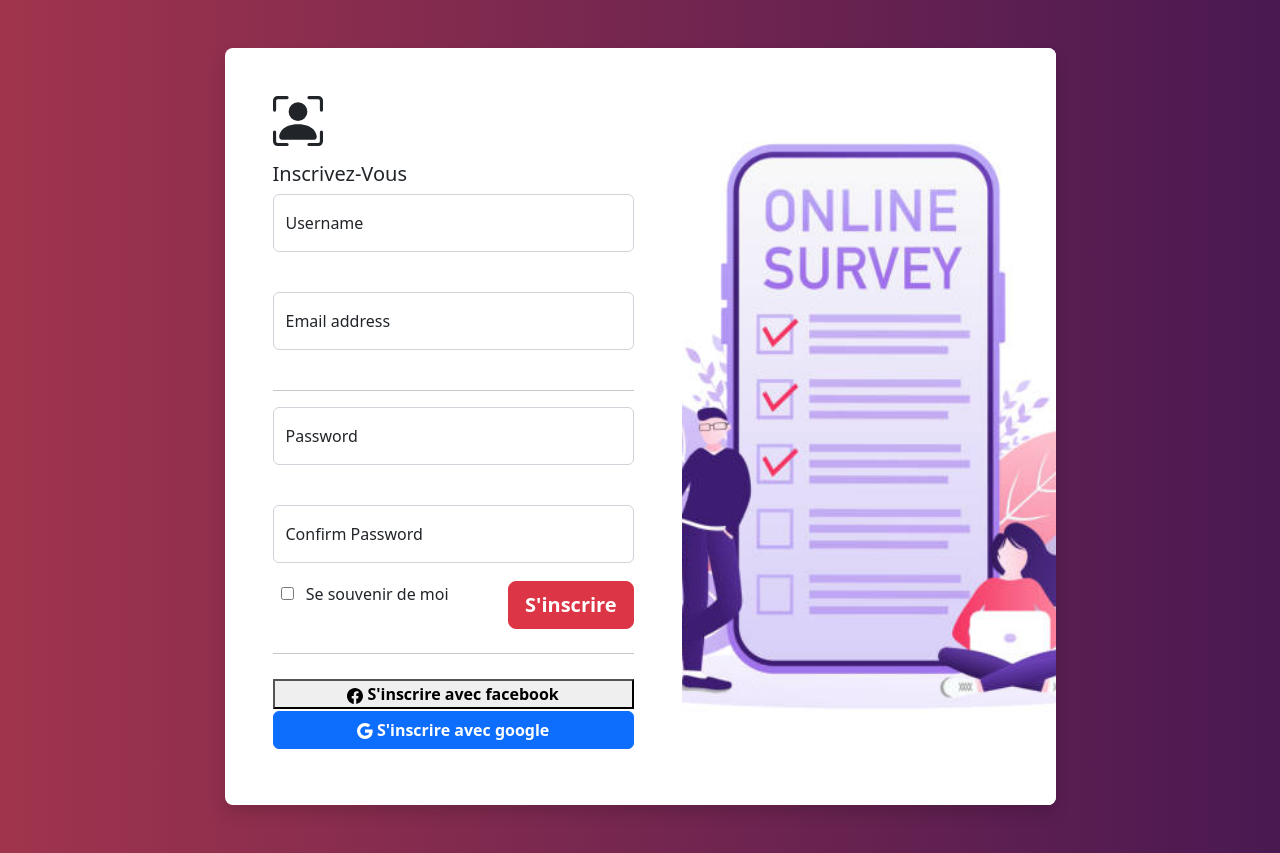
Repository: Djiamil/testsMoustaphaDER
Page: index.html
An editor plug-in stored every save of this project. The page is shown before and after the next save, followed by the edit.
The browser window is 1280 px wide. The pictures show the whole page.

Above is the page before, as saved 2022-12-09 00:48:12.

After the next save:
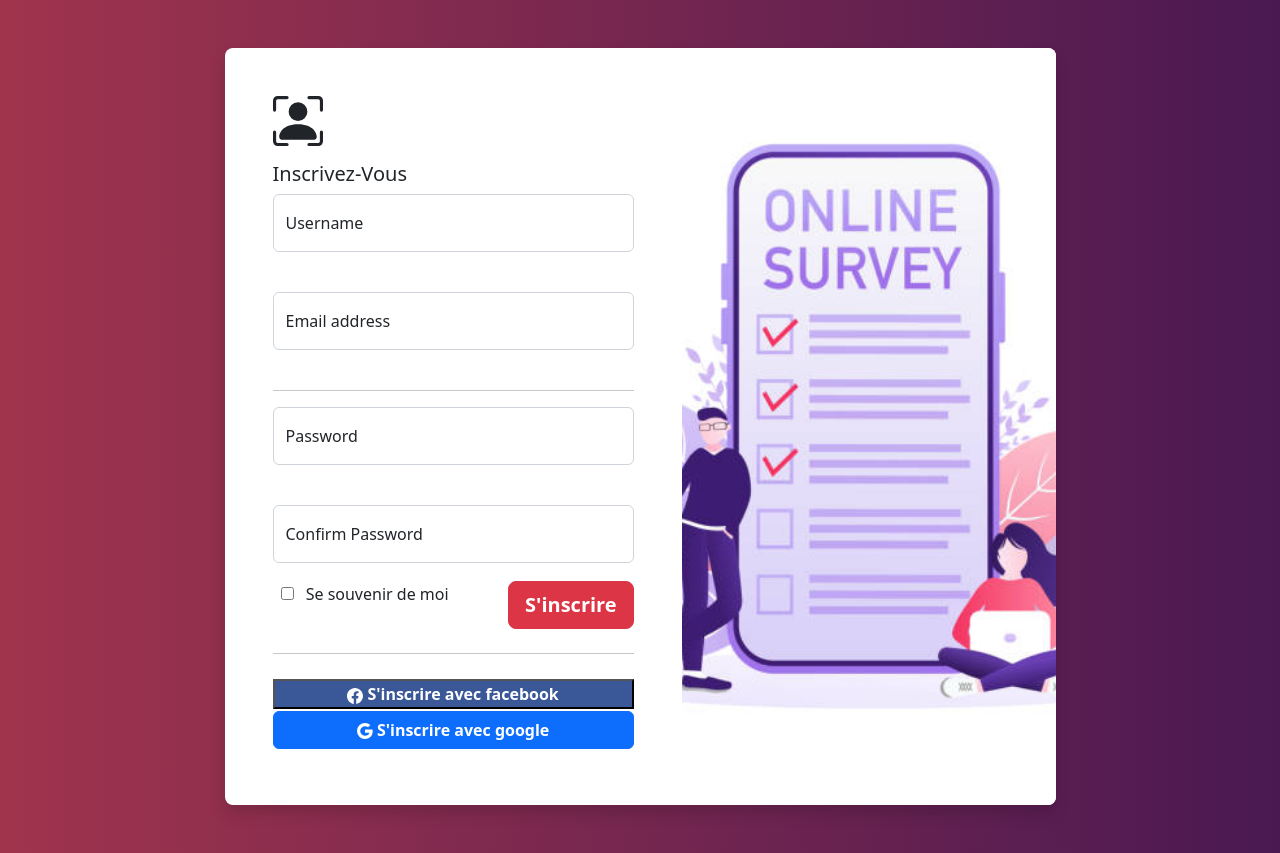
Saved 4 s later.
--- a/style.css
+++ b/style.css
@@ -26,10 +26,10 @@ body {
     background-color: #2297f4;
   } */
 
-  /* .btn-facebook {
+  .btn-facebook {
     color: white !important;
     background-color: #3a5798;
-  } */
+  }
   .form-floating input:focus{
     outline: 0;
     border-color: #777;
